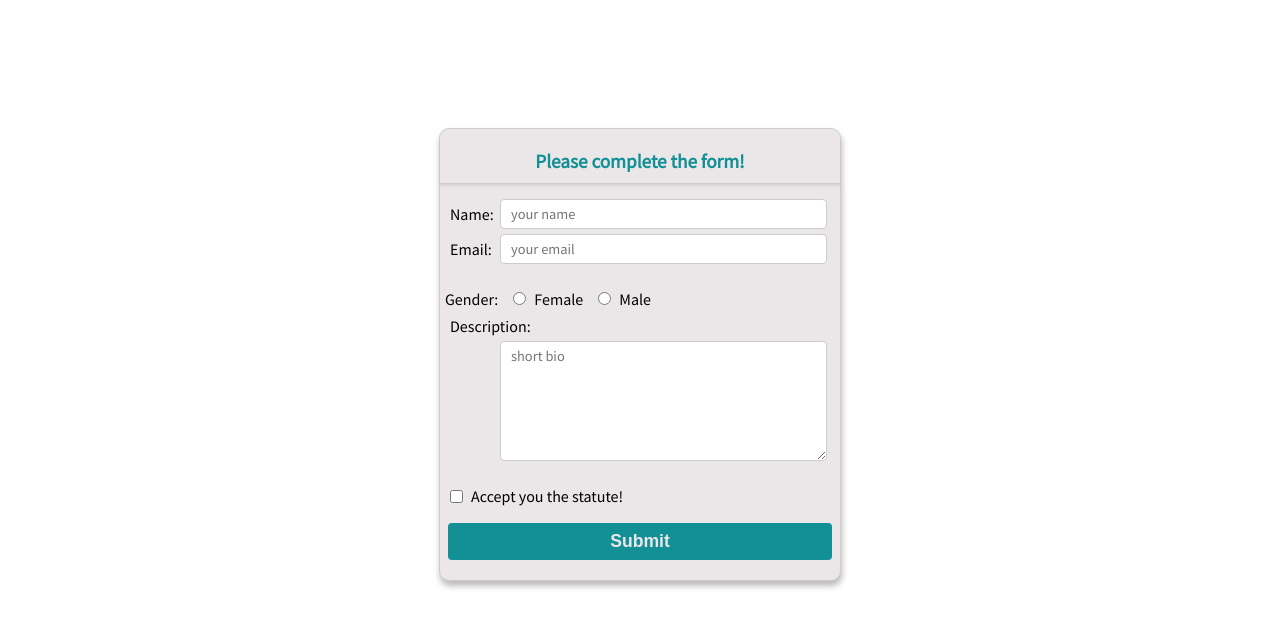
Repository: KrzysKolo/sr_tydzien4_zad2
Page: /
These files come from the project's save history. The page is drawn as it stood at one moment and after the next save; the edit follows.
The browser window is 1280 px wide. The pictures show the whole page.
The project was rebuilt for these pictures with package versions that can differ from the ones it lists, and the page was loaded fresh each time. Also part of the build but not shown: src/components/formComponents/ErrorMessage.js, src/components/formComponents/Message.js.

Above is the page before, as saved 2020-11-28 00:46:29.

After the next save:
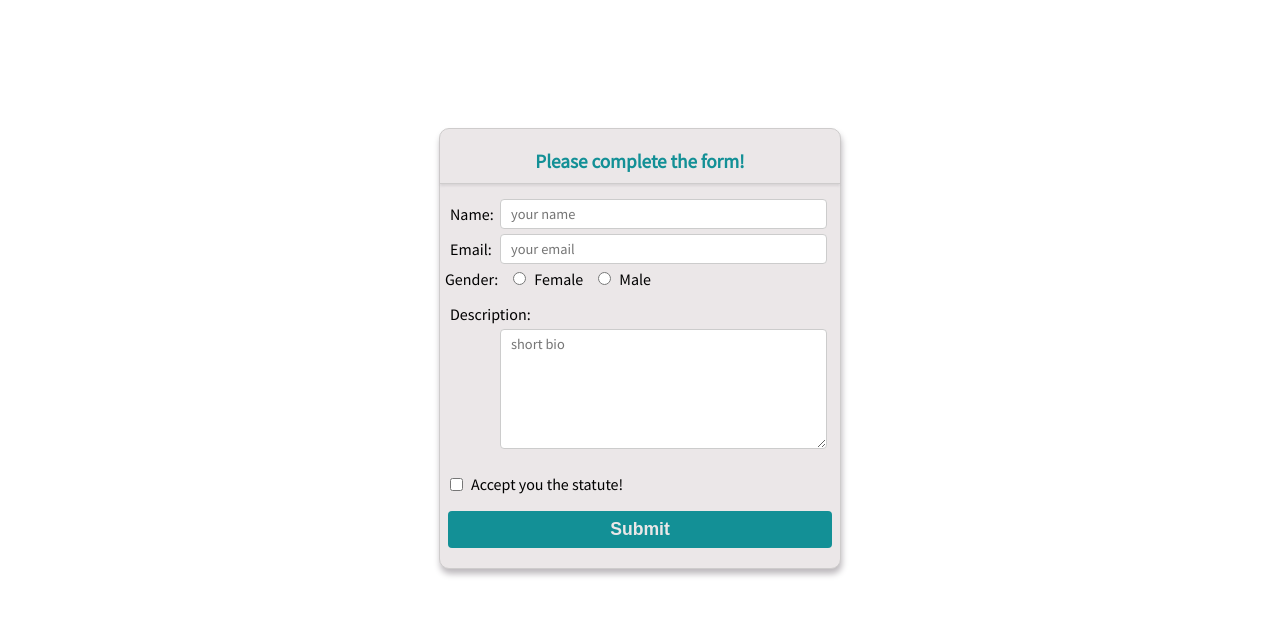
Saved 3 min 56 s later.
--- a/src/components/formComponents/Radio.js
+++ b/src/components/formComponents/Radio.js
@@ -6,8 +6,7 @@
     display: flex;
     flex-direction: row;
     align-items: center;
-    margin-bottom: -8px;
-    margin-top: 5%;
+    margin: 5% auto -8 auto;
 `;
 const RadioLabel = styled.label`
     font-size: 1rem;

After the save that followed:
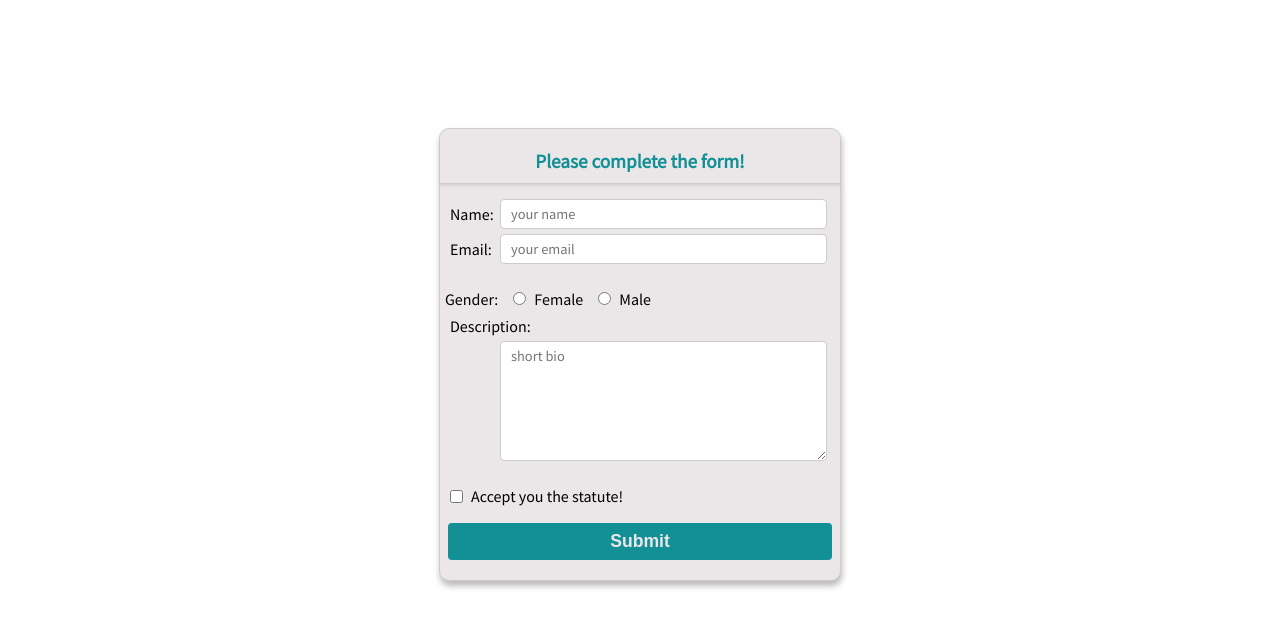
Saved 27 s later.
--- a/src/components/formComponents/Radio.js
+++ b/src/components/formComponents/Radio.js
@@ -6,7 +6,7 @@
     display: flex;
     flex-direction: row;
     align-items: center;
-    margin: 5% auto -8 auto;
+    margin: 5% auto -8px auto;
 `;
 const RadioLabel = styled.label`
     font-size: 1rem;
